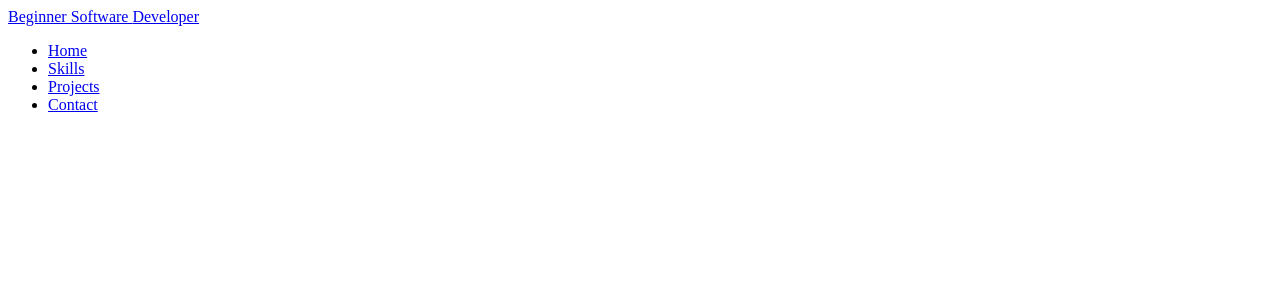
Repository: andajonas/ANDJON25111_fto2505_A_Anda-Jonas_CDV05
Page: index.html
An editor plug-in stored every save of this project. The page is shown before and after a run of saves, followed by the edit.
The browser window is 1280 px wide. The pictures show the whole page.

Above is the page before, as saved 2025-09-19 15:57:32.

### index.html
<!DOCTYPE html>
<html lang="en">
<head>
    <meta charset="UTF-8">
    <meta name="viewport" content="width=device-width, initial-scale=1.0">
    <title>Anda Jonas| Developer Portfolio </title>

</head>
<body>
    <!-- Header and Navigation -->
     <header>
        <div class="container">
            <nav>
                <a href="#" class="logo">Beginner Software <span>Developer</span></a>
                <ul class="nav-links">
                    <li><a href="#home">Home</a></li>
                    <li><a href="#skills">Skills</a></li>
                    <li><a href="#projects">Projects</a></li>
                    <li><a href="#contact">Contact</a></li>
                </ul>
            </nav>
        </div>
    </header>

    <!-- Hero Section -->
     <section id="home" class="hero">
        <div class="container">
            <div class="hero-content">
                <div class
            </div>
        </div>
     </section>

After the next 3 saves:
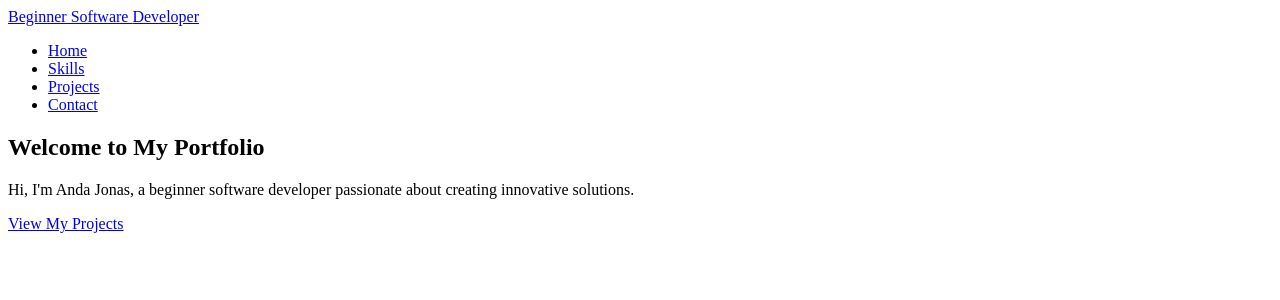
The 3 saves are shown as one change because they came seconds apart.
The last was saved 7 s later.
--- a/index.html
+++ b/index.html
@@ -26,7 +26,10 @@
      <section id="home" class="hero">
         <div class="container">
             <div class="hero-content">
-                <div class
+                <div class="hero-text">
+                    <h1>Welcome to My Portfolio</h1>
+                    <p>Hi, I'm Anda Jonas, a beginner software developer passionate about creating innovative solutions.</p>
+                    <a href="#projects" class="btn">View My Projects</a>
             </div>
         </div>
      </section>
